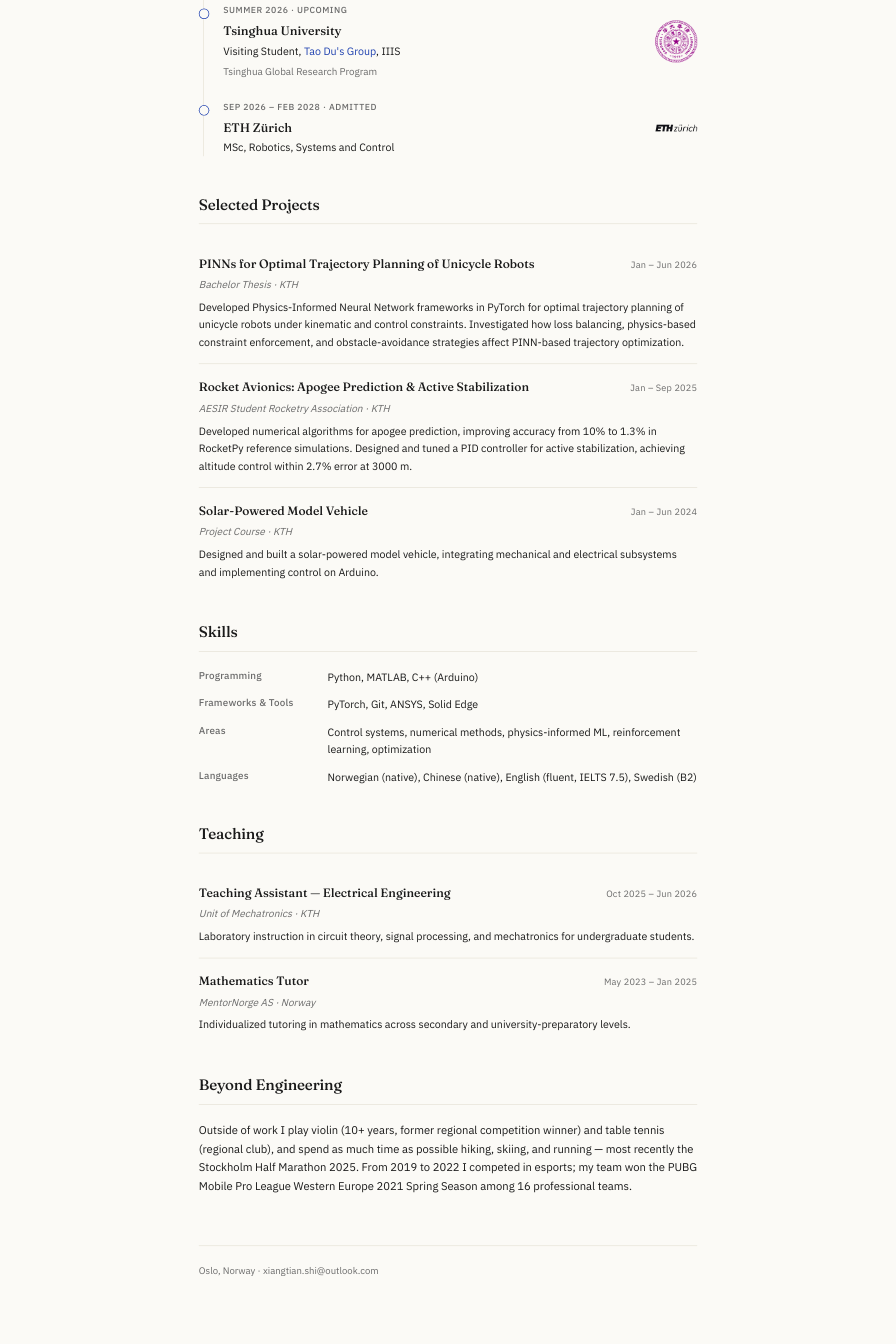
Repository: xitisch/xitisch.github.io
Page: index.html
The author's editor kept a copy of each file at every save. The page is drawn from the files as they stood at one save, then again after the next save.
The browser window is 1280 px wide. The pictures show the part of the page from y = 683 to 2603 px (the page is 2603 px tall before and 2244 px after), at 70% of full size.

Above is the page before, as saved 2026-06-08 02:24:30.

### index.html
<!doctype html>
<html lang="en">
<head>
  <meta charset="UTF-8">
  <meta name="viewport" content="width=device-width, initial-scale=1.0">
  <link rel="stylesheet" href="style.css">
  <title>Xiangtian Shi</title>
</head>
<body>
  <div class="container">

    <header>
      <h1>Xiangtian Shi</h1>
      <p class="tagline">BSc Vehicle Engineering, KTH &middot; Incoming MSc Robotics, Systems and Control, ETH&nbsp;Zürich</p>
      <nav class="header-links">
        <a href="XiangtianShi_CV.pdf" target="_blank">CV</a>
        <a href="mailto:xiangtian.shi@outlook.com">Email</a>
        <a href="https://github.com/xitisch">GitHub</a>
        <a href="https://www.linkedin.com/in/xiangtian-shi-5ab47428b/">LinkedIn</a>
      </nav>
    </header>

    <section>
      <h2>About</h2>
      <p>
      I am a final year BSc student in Vehicle Engineering at KTH Royal Institute of Technology. I enjoy solving complex engineering problems using a combination of mathematical analysis, numerical methods, and programming. Specifically, I am interested in Physical AI and its application to the safe deployment of systems in real-world environments.
      </p>
    </section>

    <section>
      <h2>Timeline</h2>
      <div class="timeline">

        <div class="timeline-item">
          <div class="timeline-item-text">
            <div class="timeline-date">Aug 2023 &ndash; Jun 2026</div>
            <div class="timeline-title">KTH Royal Institute of Technology</div>
            <div class="timeline-meta">BSc, Vehicle Engineering &middot; GPA 4.9 / 5.0</div>
          </div>
          <img class="timeline-logo" src="images/kth.jpg" alt="KTH logo">
        </div>

        <div class="timeline-item future">
          <div class="timeline-item-text">
            <div class="timeline-date">Summer 2026 &middot; Upcoming</div>
            <div class="timeline-title">Tsinghua University</div>
            <div class="timeline-meta">Visiting Student, <a href="https://people.iiis.tsinghua.edu.cn/~taodu/">Tao Du's Group</a>, IIIS</div>
            <div class="timeline-note">Tsinghua Global Research Program</div>
          </div>
          <img class="timeline-logo" src="images/thu.png" alt="THU logo">
        </div>

        <div class="timeline-item future">
          <div class="timeline-item-text">
            <div class="timeline-date">Sep 2026 &ndash; Feb 2028 &middot; Admitted</div>
            <div class="timeline-title">ETH Zürich</div>
            <div class="timeline-meta">MSc, Robotics, Systems and Control</div>
          </div>
          <img class="timeline-logo" src="images/eth.png" alt="ETH logo">
        </div>

      </div>
    </section>

    <section>
      <h2>Selected Projects</h2>

      <!--
      <article class="project">
        <div class="project-header">
          <h3 class="project-title">Reinforcement Learning for Soft Robot Control <span class="tag">Upcoming</span></h3>
          <div class="project-date">Jun &ndash; Aug 2026</div>
        </div>
        <div class="project-affiliation">Tao Du's Group, IIIS &middot; Tsinghua University</div>
        <p class="project-description">
          Extending a simulation framework to develop RL-based control of soft robotic systems in fluid environments, using lattice Boltzmann simulations.
        </p>
      </article>
      -->

      <article class="project">
        <div class="project-header">
          <h3 class="project-title">PINNs for Optimal Trajectory Planning of Unicycle Robots</h3>
          <div class="project-date">Jan &ndash; Jun 2026</div>
        </div>
        <div class="project-affiliation">Bachelor Thesis &middot; KTH</div>
        <p class="project-description">
          Developed Physics-Informed Neural Network frameworks in PyTorch for optimal trajectory planning of unicycle robots under kinematic and control constraints. Investigated how loss balancing, physics-based constraint enforcement, and obstacle-avoidance strategies affect PINN-based trajectory optimization.
        </p>
      </article>

      <article class="project">
        <div class="project-header">
          <h3 class="project-title">Rocket Avionics: Apogee Prediction &amp; Active Stabilization</h3>
          <div class="project-date">Jan &ndash; Sep 2025</div>
        </div>
        <div class="project-affiliation">AESIR Student Rocketry Association &middot; KTH</div>
        <p class="project-description">
          Developed numerical algorithms for apogee prediction, improving accuracy from 10% to 1.3% in RocketPy reference simulations. Designed and tuned a PID controller for active stabilization, achieving altitude control within 2.7% error at 3000&nbsp;m.
        </p>
      </article>

      <article class="project">
        <div class="project-header">
          <h3 class="project-title">Solar-Powered Model Vehicle</h3>
          <div class="project-date">Jan &ndash; Jun 2024</div>
        </div>
        <div class="project-affiliation">Project Course &middot; KTH</div>
        <p class="project-description">
          Designed and built a solar-powered model vehicle, integrating mechanical and electrical subsystems and implementing control on Arduino.
        </p>
      </article>

    </section>

    <section>
      <h2>Skills</h2>
      <dl class="skills-grid">
        <dt>Programming</dt>
        <dd>Python, MATLAB, C++ (Arduino)</dd>

        <dt>Frameworks &amp; Tools</dt>
        <dd>PyTorch, Git, ANSYS, Solid Edge</dd>

        <dt>Areas</dt>
        <dd>Control systems, numerical methods, physics-informed ML, reinforcement learning, optimization</dd>

        <dt>Languages</dt>
        <dd>Norwegian (native), Chinese (native), English (fluent, IELTS 7.5), Swedish (B2)</dd>
      </dl>
    </section>

    <section>
      <h2>Teaching</h2>

      <article class="project">
        <div class="project-header">
          <h3 class="project-title">Teaching Assistant &mdash; Electrical Engineering</h3>
          <div class="project-date">Oct 2025 &ndash; Jun 2026</div>
        </div>
        <div class="project-affiliation">Unit of Mechatronics &middot; KTH</div>
        <p class="project-description">
          Laboratory instruction in circuit theory, signal processing, and mechatronics for undergraduate students.
        </p>
      </article>

      <article class="project">
        <div class="project-header">
          <h3 class="project-title">Mathematics Tutor</h3>
          <div class="project-date">May 2023 &ndash; Jan 2025</div>
        </div>
        <div class="project-affiliation">MentorNorge AS &middot; Norway</div>
        <p class="project-description">
          Individualized tutoring in mathematics across secondary and university-preparatory levels.
        </p>
      </article>

    </section>

    <section>
      <h2>Beyond Engineering</h2>
      <p>
        Outside of work I play violin (10+ years, former regional competition winner) and table tennis (regional club), and spend as much time as possible hiking, skiing, and running &mdash; most recently the Stockholm Half Marathon 2025. From 2019 to 2022 I competed in esports; my team won the PUBG Mobile Pro League Western Europe 2021 Spring Season among 16 professional teams.
      </p>
    </section>

    <footer>
      <p>Oslo, Norway &middot; <a href="mailto:xiangtian.shi@outlook.com">xiangtian.shi@outlook.com</a></p>
    </footer>

  </div>
</body>
</html>

### style.css
@import url('https://fonts.googleapis.com/css2?family=Fraunces:opsz,wght@9..144,400;9..144,500;9..144,600&family=IBM+Plex+Sans:wght@400;500;600&display=swap');

:root {
  --bg: #fbfaf6;
  --text: #1a1a1a;
  --text-muted: #6b6b6b;
  --border: #e7e3d7;
  --accent: #1e40af;
  --accent-soft: rgba(30, 64, 175, 0.08);
  --serif: 'Fraunces', Georgia, serif;
  --sans: 'IBM Plex Sans', -apple-system, BlinkMacSystemFont, sans-serif;
}

* { box-sizing: border-box; }

html { -webkit-text-size-adjust: 100%; }

body {
  font-family: var(--sans);
  background: var(--bg);
  color: var(--text);
  line-height: 1.65;
  margin: 0;
  font-size: 16px;
  -webkit-font-smoothing: antialiased;
  -moz-osx-font-smoothing: grayscale;
}

.container {
  max-width: 760px;
  margin: 0 auto;
  padding: 64px 24px 80px;
}

/* ---------- Typography ---------- */

h1 {
  font-family: var(--serif);
  font-weight: 500;
  font-size: 2.6rem;
  line-height: 1.05;
  margin: 0 0 0.3em;
  letter-spacing: -0.02em;
}

h2 {
  font-family: var(--serif);
  font-weight: 500;
  font-size: 1.35rem;
  margin: 0 0 1.1em;
  letter-spacing: -0.01em;
  padding-bottom: 0.4em;
  border-bottom: 1px solid var(--border);
}

h3 {
  margin: 0;
  font-weight: 500;
  font-size: 1rem;
}

p { margin: 0 0 1em; }

a {
  color: var(--accent);
  text-decoration: none;
  border-bottom: 1px solid transparent;
  transition: border-color 0.15s ease;
}

a:hover { border-bottom-color: var(--accent); }

/* ---------- Header ---------- */

header { margin-bottom: 56px; }

.tagline {
  color: var(--text-muted);
  font-size: 1.05rem;
  margin: 0 0 1.4em;
  max-width: 60ch;
}

.header-links {
  display: flex;
  flex-wrap: wrap;
  gap: 18px;
  font-size: 0.95rem;
}

.header-links a {
  color: var(--text);
  border-bottom: 1px solid var(--border);
  padding-bottom: 2px;
}

.header-links a:hover {
  border-bottom-color: var(--accent);
  color: var(--accent);
}

/* ---------- Sections ---------- */

section { margin-bottom: 52px; }

/* ---------- Timeline ---------- */

.timeline {
  position: relative;
  margin-left: 6px;
  padding-left: 28px;
  border-left: 1px solid var(--border);
}

.timeline-item {
  position: relative;
  margin-bottom: 28px;
  display: flex;
  align-items: center;
  gap: 24px;
}

.timeline-item-text {
  flex: 1 1 auto;
  min-width: 0;
}

.timeline-logo {
  width: 60px;
  height: 60px;
  object-fit: contain;
  flex-shrink: 0;
}

.timeline-item:last-child { margin-bottom: 0; }

.timeline-item::before {
  content: '';
  position: absolute;
  left: -34px;
  top: 9px;
  width: 9px;
  height: 9px;
  background: var(--accent);
  border-radius: 50%;
  border: 2px solid var(--bg);
  box-shadow: 0 0 0 1px var(--accent);
}

.timeline-item.future::before {
  background: var(--bg);
  box-shadow: 0 0 0 1px var(--accent);
}

.timeline-date {
  font-size: 0.78rem;
  color: var(--text-muted);
  font-weight: 500;
  letter-spacing: 0.06em;
  text-transform: uppercase;
  margin-bottom: 4px;
}

.timeline-title {
  font-family: var(--serif);
  font-size: 1.1rem;
  font-weight: 500;
  margin-bottom: 2px;
}

.timeline-meta {
  color: var(--text);
  font-size: 0.95rem;
}

.timeline-note {
  margin-top: 6px;
  font-size: 0.88rem;
  color: var(--text-muted);
}

/* ---------- Projects / Experience entries ---------- */

.project {
  padding: 18px 0;
  border-bottom: 1px solid var(--border);
}

.project:first-child { padding-top: 4px; }
.project:last-child { border-bottom: none; padding-bottom: 4px; }

.project-header {
  display: flex;
  justify-content: space-between;
  align-items: baseline;
  gap: 16px;
  margin-bottom: 4px;
  flex-wrap: wrap;
}

.project-title {
  font-family: var(--serif);
  font-size: 1.08rem;
  font-weight: 500;
  flex: 1 1 auto;
  min-width: 0;
}

.project-date {
  font-size: 0.82rem;
  color: var(--text-muted);
  white-space: nowrap;
  letter-spacing: 0.02em;
}

.project-affiliation {
  color: var(--text-muted);
  font-size: 0.9rem;
  margin-bottom: 8px;
  font-style: italic;
}

.project-description {
  margin: 0;
  font-size: 0.95rem;
}

.tag {
  display: inline-block;
  font-family: var(--sans);
  font-size: 0.68rem;
  padding: 2px 8px;
  background: var(--accent-soft);
  color: var(--accent);
  border-radius: 3px;
  margin-left: 8px;
  font-weight: 500;
  letter-spacing: 0.08em;
  text-transform: uppercase;
  vertical-align: middle;
  font-style: normal;
}

/* ---------- Skills ---------- */

.skills-grid {
  display: grid;
  grid-template-columns: 160px 1fr;
  gap: 14px 24px;
  margin: 0;
}

.skills-grid dt {
  font-weight: 500;
  color: var(--text-muted);
  font-size: 0.88rem;
  letter-spacing: 0.02em;
}

.skills-grid dd {
  margin: 0;
  font-size: 0.95rem;
}

/* ---------- Footer ---------- */

footer {
  margin-top: 72px;
  padding-top: 24px;
  border-top: 1px solid var(--border);
  font-size: 0.85rem;
  color: var(--text-muted);
}

footer a { color: var(--text-muted); }
footer a:hover { color: var(--accent); }

/* ---------- Responsive ---------- */

@media (max-width: 600px) {
  .container { padding: 40px 20px 60px; }
  h1 { font-size: 2.05rem; }
  h2 { font-size: 1.2rem; }

  .skills-grid {
    grid-template-columns: 1fr;
    gap: 2px 0;
  }
  .skills-grid dt { margin-top: 10px; }
  .skills-grid dt:first-child { margin-top: 0; }

  .project-header {
    flex-direction: column;
    align-items: flex-start;
    gap: 2px;
  }
  .project-date { font-size: 0.78rem; }

  .timeline { padding-left: 22px; }
  .timeline-item::before { left: -28px; }
  .timeline-item { gap: 16px; }
  .timeline-logo { width: 48px; height: 48px; }
}

After the next save:
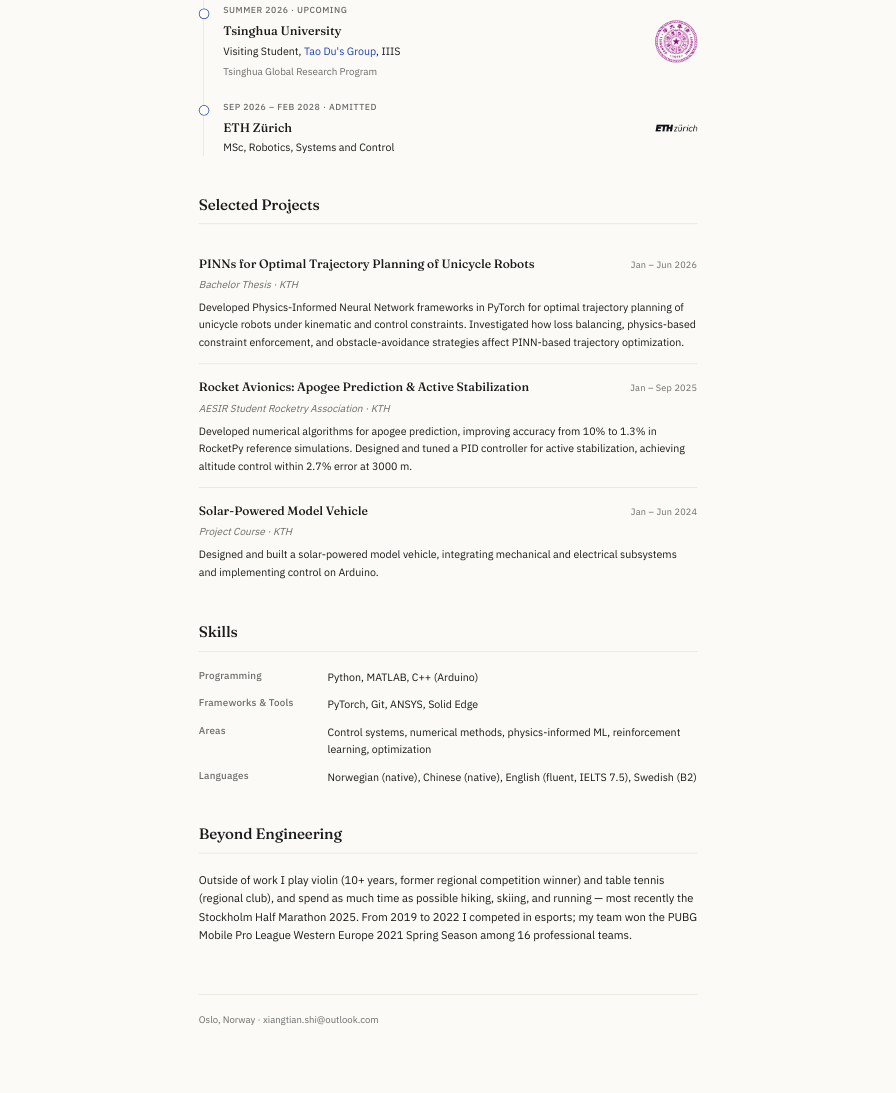
Saved 46 s later.
--- a/index.html
+++ b/index.html
@@ -131,33 +131,6 @@
     </section>
 
     <section>
-      <h2>Teaching</h2>
-
-      <article class="project">
-        <div class="project-header">
-          <h3 class="project-title">Teaching Assistant &mdash; Electrical Engineering</h3>
-          <div class="project-date">Oct 2025 &ndash; Jun 2026</div>
-        </div>
-        <div class="project-affiliation">Unit of Mechatronics &middot; KTH</div>
-        <p class="project-description">
-          Laboratory instruction in circuit theory, signal processing, and mechatronics for undergraduate students.
-        </p>
-      </article>
-
-      <article class="project">
-        <div class="project-header">
-          <h3 class="project-title">Mathematics Tutor</h3>
-          <div class="project-date">May 2023 &ndash; Jan 2025</div>
-        </div>
-        <div class="project-affiliation">MentorNorge AS &middot; Norway</div>
-        <p class="project-description">
-          Individualized tutoring in mathematics across secondary and university-preparatory levels.
-        </p>
-      </article>
-
-    </section>
-
-    <section>
       <h2>Beyond Engineering</h2>
       <p>
         Outside of work I play violin (10+ years, former regional competition winner) and table tennis (regional club), and spend as much time as possible hiking, skiing, and running &mdash; most recently the Stockholm Half Marathon 2025. From 2019 to 2022 I competed in esports; my team won the PUBG Mobile Pro League Western Europe 2021 Spring Season among 16 professional teams.
